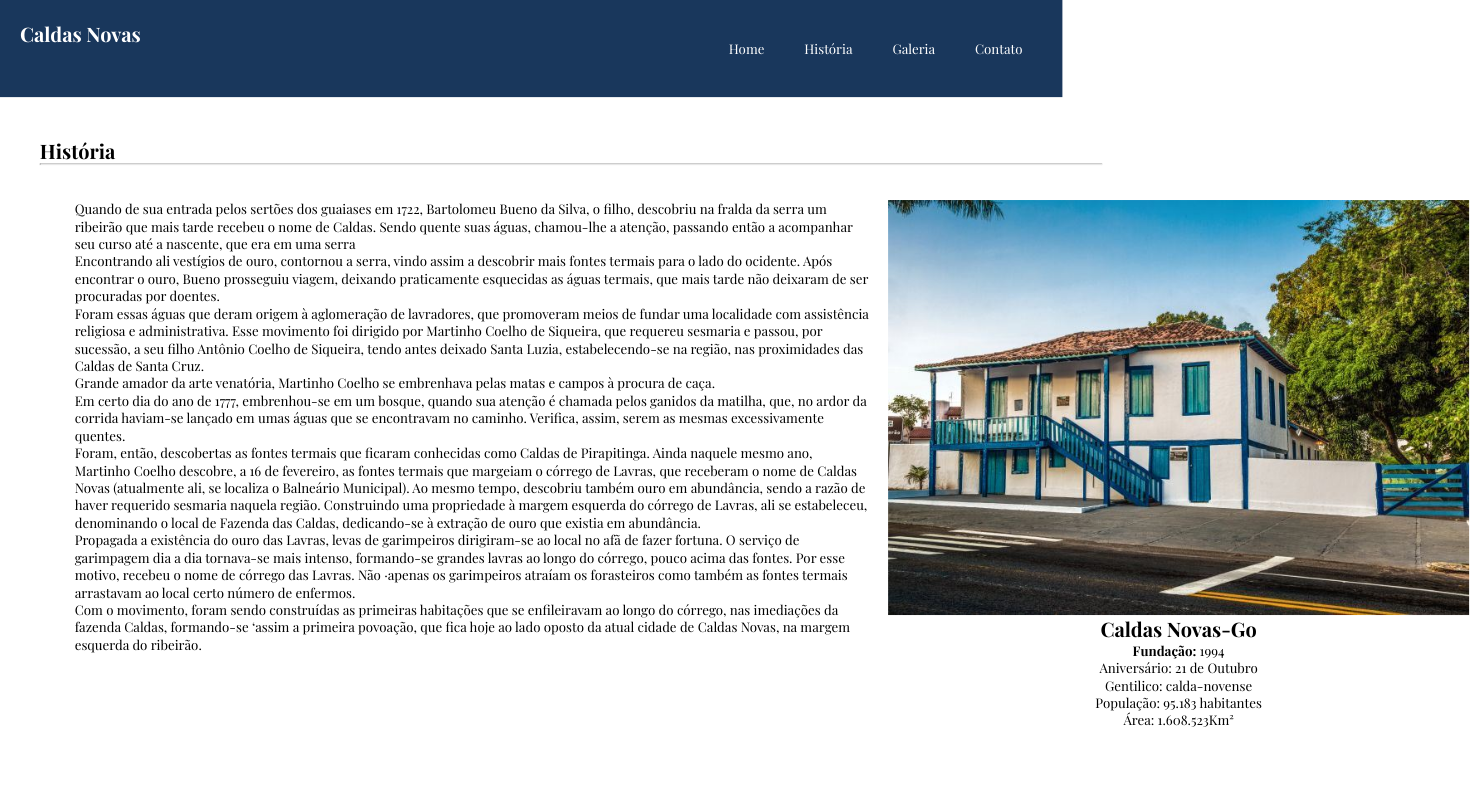
Repository: AbiezerSidonioJoseOdanacaJunior/DesafioLocalTuristico
Page: index.html
An editor plug-in stored every save of this project. The page is shown before and after the next save, followed by the edit.
The browser window is 1280 px wide. The page is 1780 px wide, then 1400 px, so the pictures cover 1780 px, including what lies to the right of the window. The pictures show the whole page, at 83% of full size.
Some web fonts or font styles are not loaded; a fallback is used.

Above is the page before, as saved 2024-11-11 15:56:10.

After the next save:
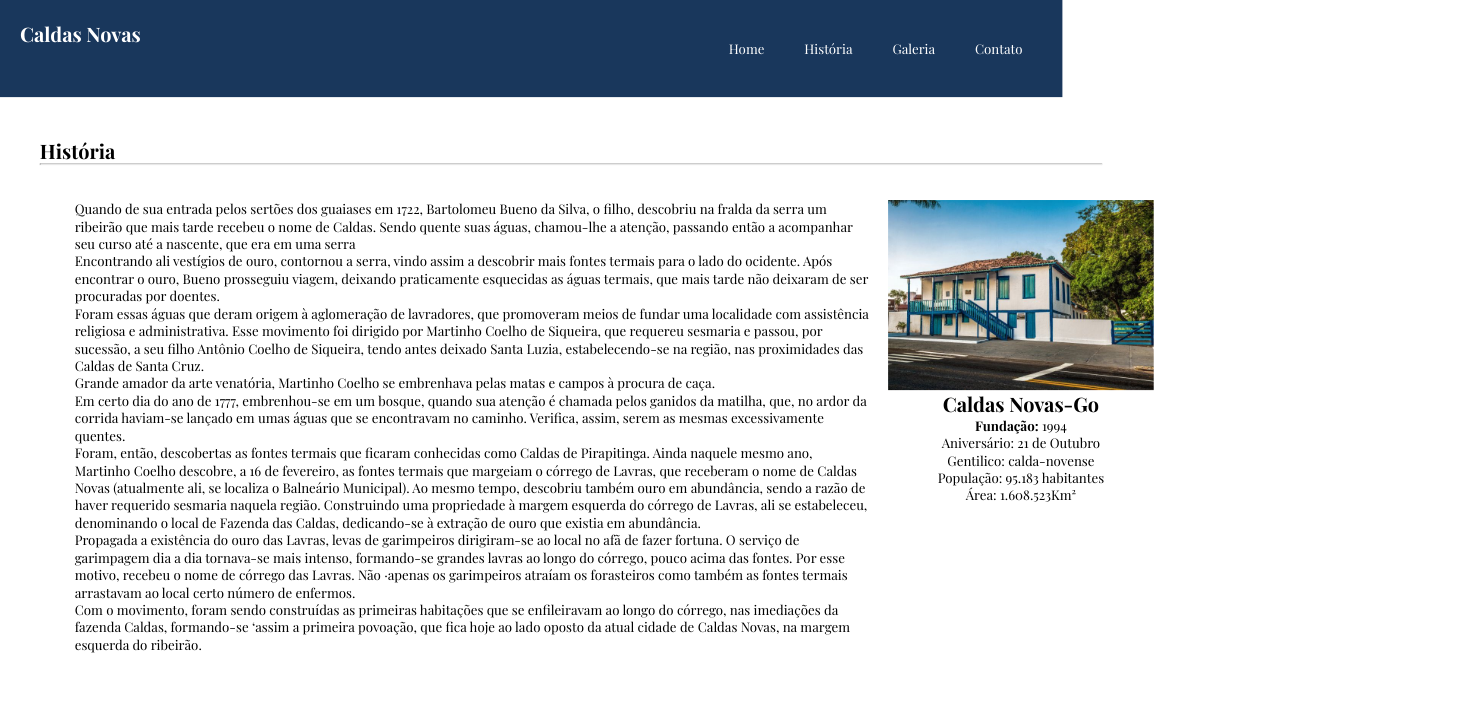
Saved 33 s later.
--- a/css/style.css
+++ b/css/style.css
@@ -63,3 +63,8 @@
     align-items: center;
     text-align: center;
 }
+
+#image-history img {
+    max-width: 100%;
+    height: auto;
+}
